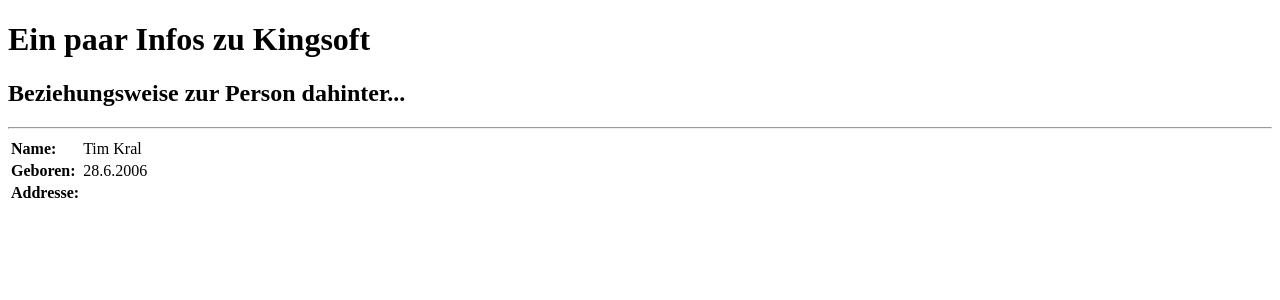
Repository: TimKral5/WikiPage
Page: Homepage/pages/about.htm
An editor plug-in stored every save of this project. The page is shown before and after the next save, followed by the edit.
The browser window is 1280 px wide. The pictures show the whole page.

Above is the page before, as saved 2022-11-10 22:56:01.

### Homepage/pages/about.htm
<!DOCTYPE html>
<html lang="en">

<head>
    <meta charset="UTF-8">
    <meta http-equiv="X-UA-Compatible" content="IE=edge">
    <meta name="viewport" content="width=device-width, initial-scale=1.0">
    <title>Test</title>
</head>

<body>
    <h1>Ein paar Infos zu Kingsoft</h1>
    <h2>Beziehungsweise zur Person dahinter...</h2>
    <hr>
    <table>
        <tr>
            <td><b>Name:</b></td>
            <td>Tim Kral</td>
        </tr>
        <tr>
            <td><b>Geboren:</b></td>
            <td>28.6.2006</td>
        </tr>
        <tr>
            <td><b>Addresse:</b></td>
        </tr>
    </table>
</body>

</html>

After the next save:
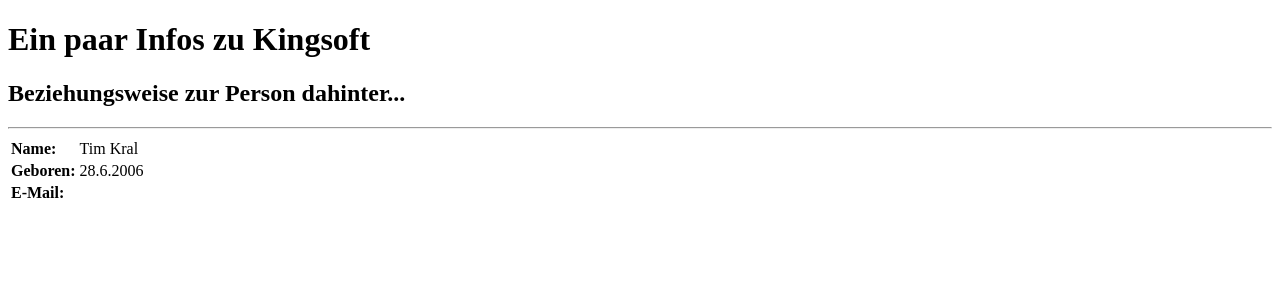
Saved 32 s later.
--- a/Homepage/pages/about.htm
+++ b/Homepage/pages/about.htm
@@ -22,7 +22,7 @@
             <td>28.6.2006</td>
         </tr>
         <tr>
-            <td><b>Addresse:</b></td>
+            <td><b>E-Mail:</b></td>
         </tr>
     </table>
 </body>
